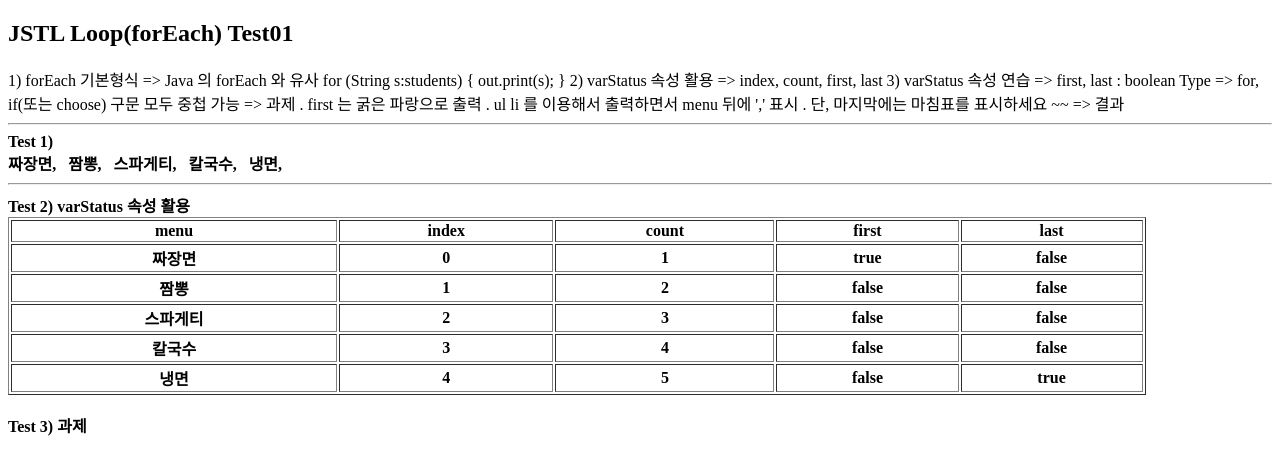
Repository: nameground/Java
Page: http://localhost/Web01/jsp05_JSTL/ex03_For01.jsp
An editor plug-in stored every save of this project. The page is shown before and after the next save, followed by the edit.
The browser window is 1280 px wide. The pictures show the whole page.
The page is served by Tomcat 9. Nobody is signed in. The application's start-up code is not run.

Above is the page before, as saved 2023-10-13 07:59:58.

After the next save:
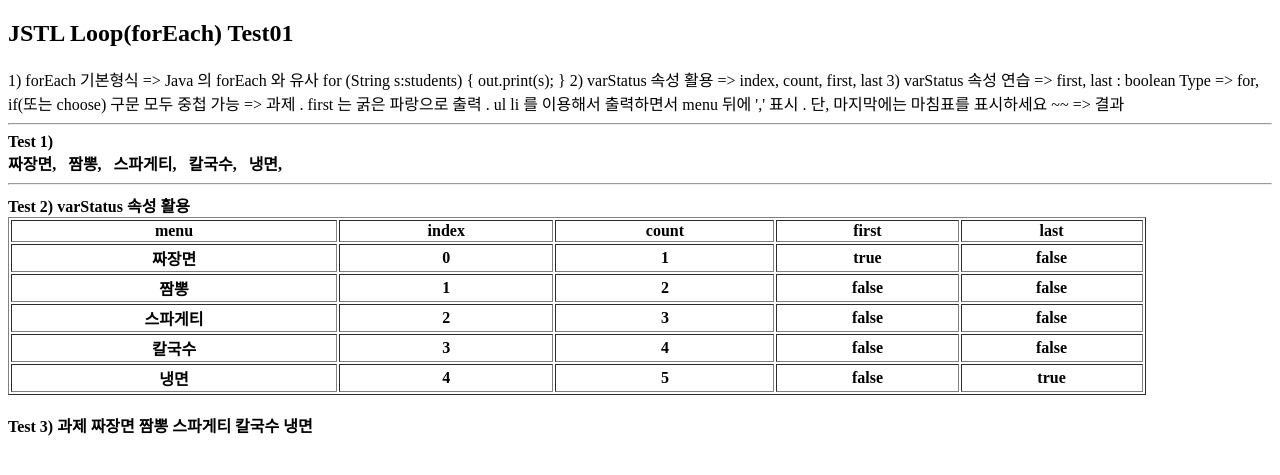
Saved 4 min 17 s later.
--- a/mTest/Mywork/Web01/src/main/webapp/jsp05_JSTL/ex03_For01.jsp
+++ b/mTest/Mywork/Web01/src/main/webapp/jsp05_JSTL/ex03_For01.jsp
@@ -56,5 +56,8 @@ Test 2) varStatus 속성 활용
 </table>
 <br>
 Test 3) 과제
+<c:forEach var="menu" items="${menuList}">
+	${menu }
+</c:forEach>
 </body>
 </html>
